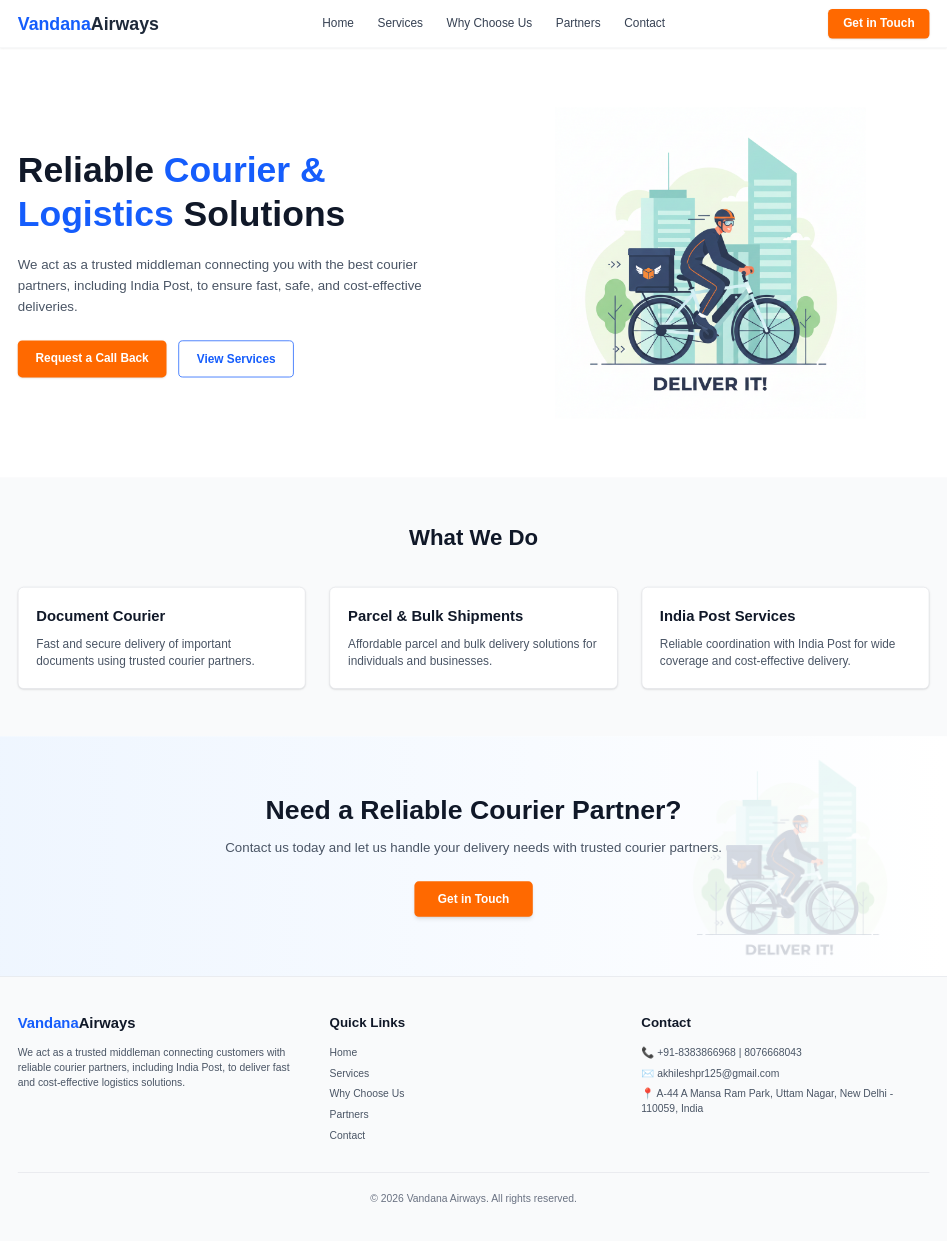
Repository: Rohit-foryou/Courier-Portfolio
Page: /
These files come from the project's save history. The page is drawn as it stood at one moment and after the next save; the edit follows.
The browser window is 1280 px wide. The pictures show the whole page, at 74% of full size.
The project was rebuilt for these pictures with package versions that can differ from the ones it lists, and the page was loaded fresh each time. The framework's server and built-in components were replaced by stand-ins that run in the browser. Also part of the build but not shown: next.config.ts.

Above is the page before, as saved 2026-02-09 20:43:52.

After the next save:
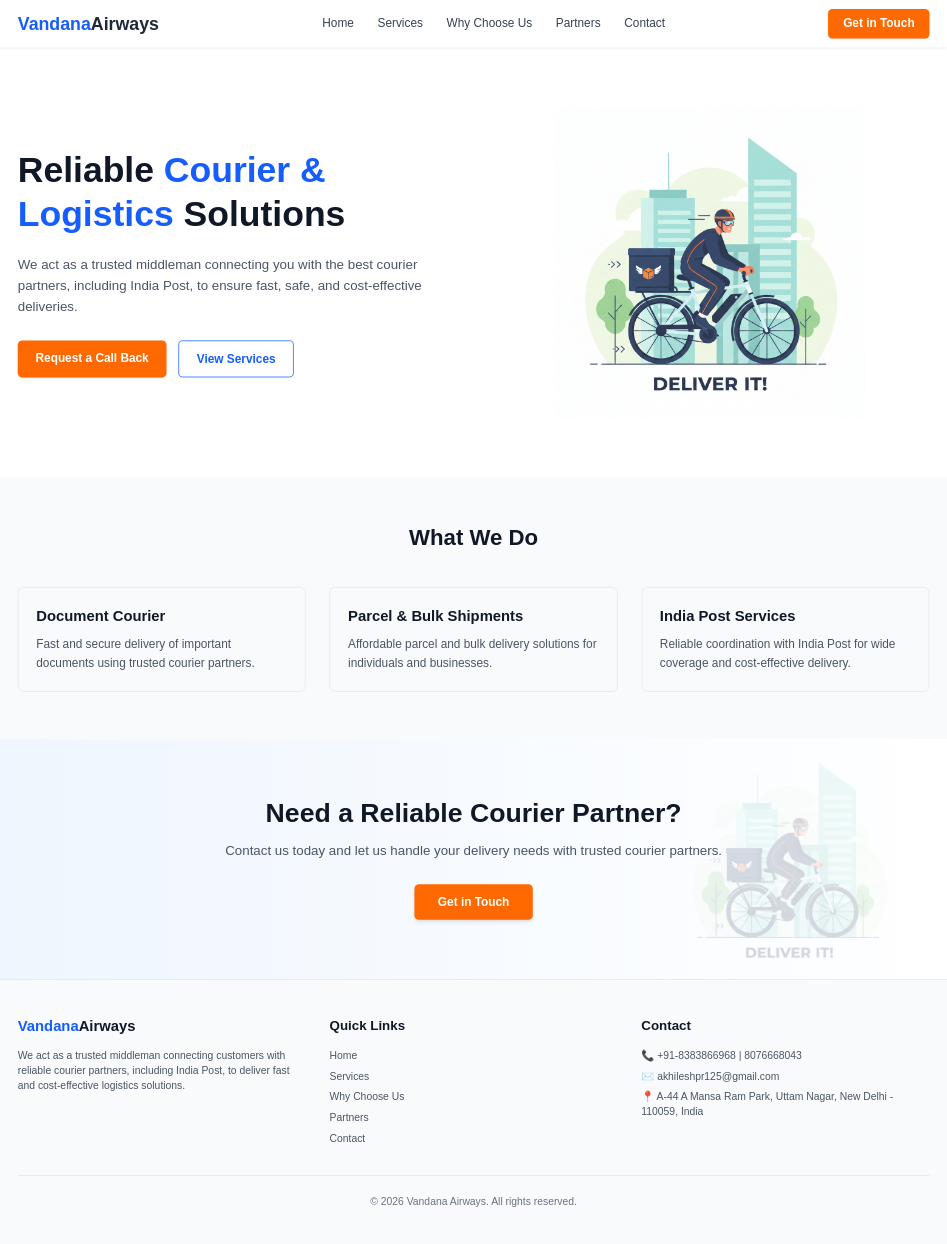
Saved 80 min 31 s later.
--- a/components/ServiceCard.tsx
+++ b/components/ServiceCard.tsx
@@ -5,9 +5,13 @@
 
 export default function ServiceCard({ title, description }: ServiceCardProps) {
   return (
-    <div className="bg-white border border-gray-200 rounded-lg p-6 shadow-sm hover:shadow-md transition">
-      <h3 className="text-xl font-semibold text-gray-900">{title}</h3>
-      <p className="mt-3 text-gray-600">{description}</p>
+    <div className="bg-gray-50 border border-gray-200 rounded-lg p-6 hover:shadow-md transition">
+      <h3 className="text-xl font-semibold text-gray-900">
+        {title}
+      </h3>
+      <p className="mt-3 text-gray-600 leading-relaxed">
+        {description}
+      </p>
     </div>
   );
 }
